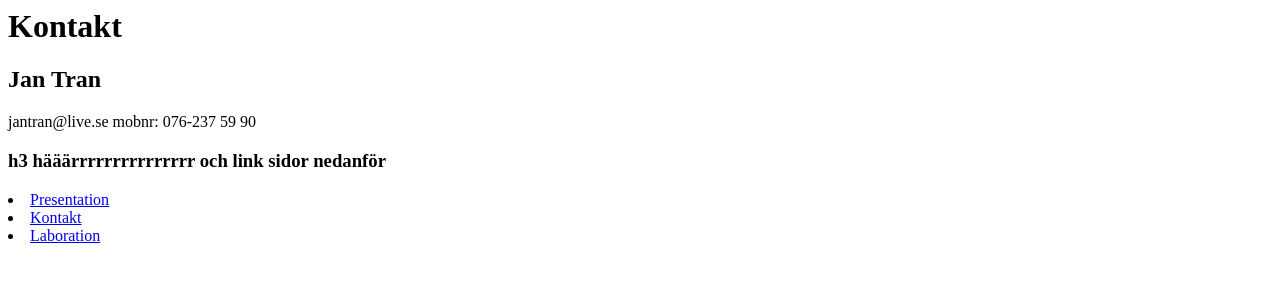
Repository: jt222ic/1ik415-jt222ic-lab-1
Page: pages/kontakt.html
The author's editor kept a record of every edit. The page is drawn from the files as they stood at one moment, then again after the next edit.
The browser window is 1280 px wide. The pictures show the whole page.

Above is the page before.

### pages/kontakt.html
<html lang="sv">
    <head>
        <meta charset= "UTF-8" />
        <title>Leva Livet</title>

    </head>
    <body>
    <h1>Kontakt</h1>
    <h2>Jan Tran</h2>
    <p> jantran@live.se mobnr: 076-237 59 90</p>



    <h3> h3 hääärrrrrrrrrrrrrrr och link sidor nedanför</h3>

    <li><a href ="Presentation.html"> Presentation</a></li>
    <li><a href ="kontakt.html"> Kontakt</kontakt></a></li>
    <li><a href="Laborationn"> Laboration</a></li>

    </body>




</html>

After the next edit:
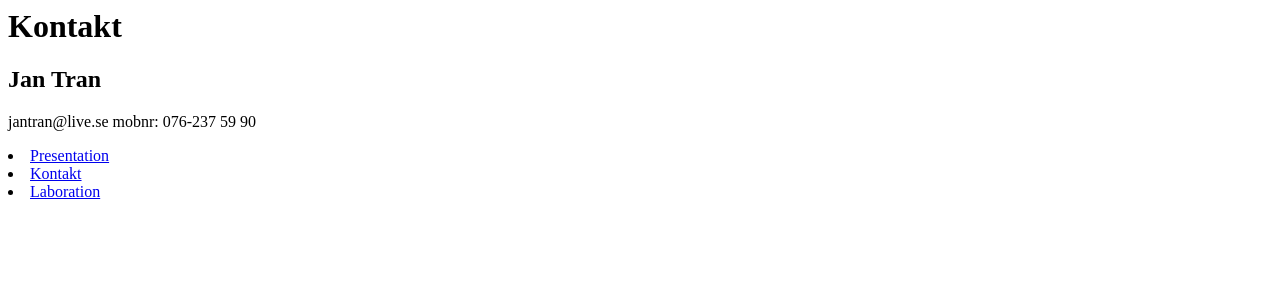
The edit:
--- a/pages/kontakt.html
+++ b/pages/kontakt.html
@@ -11,7 +11,7 @@
 
 
 
-    <h3> h3 hääärrrrrrrrrrrrrrr och link sidor nedanför</h3>
+
 
     <li><a href ="Presentation.html"> Presentation</a></li>
     <li><a href ="kontakt.html"> Kontakt</kontakt></a></li>
